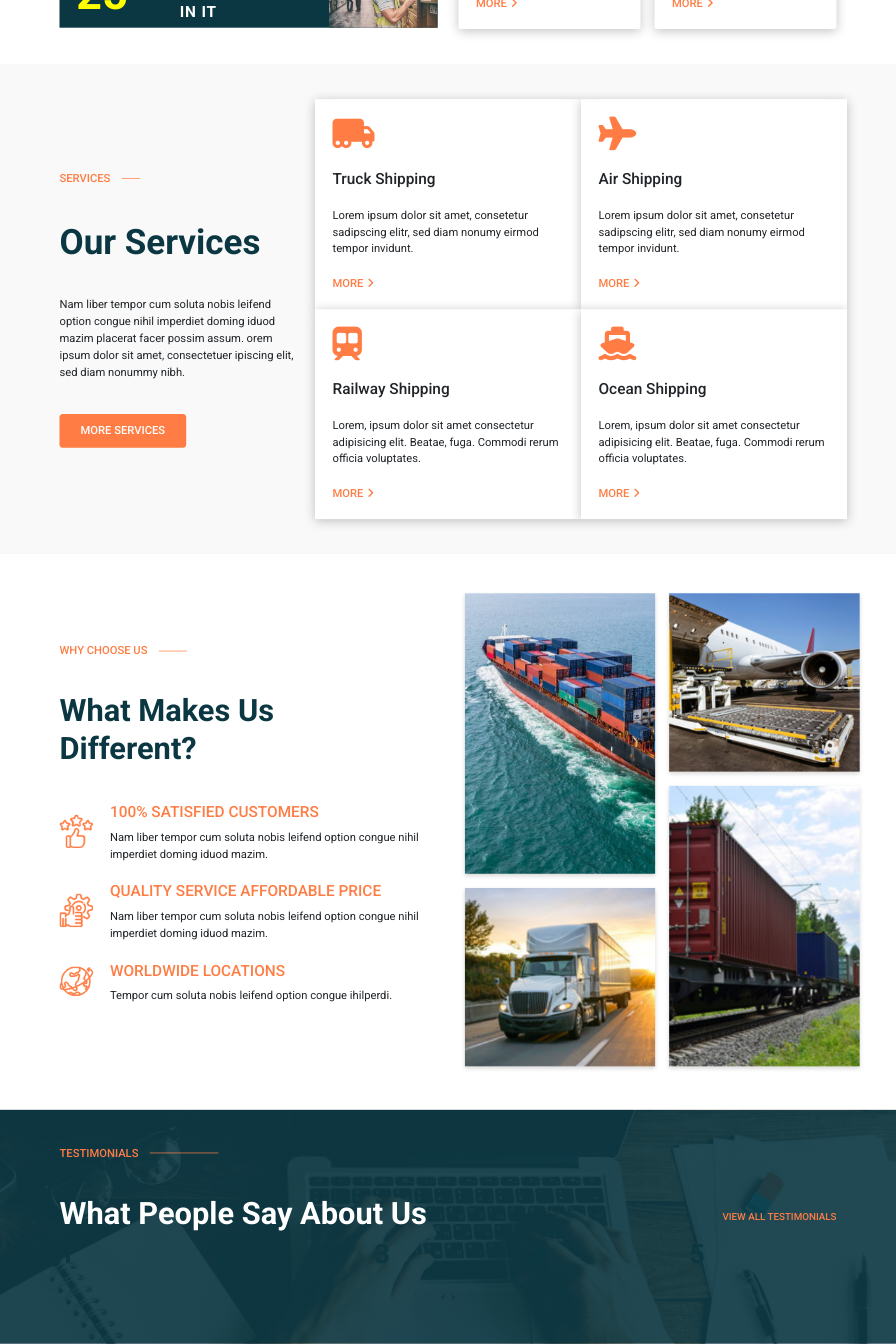
Repository: nazmulalok/shipping-theme
Page: index.html
An editor plug-in stored every save of this project. The page is shown before and after the next save, followed by the edit.
The browser window is 1280 px wide. The pictures show the part of the page from y = 1621 to 3541 px (the page is 3541 px tall before and 3497 px after), at 70% of full size.
Some web libraries are served in a nearby version.

Above is the page before, as saved 2022-10-09 10:29:59.

After the next save:
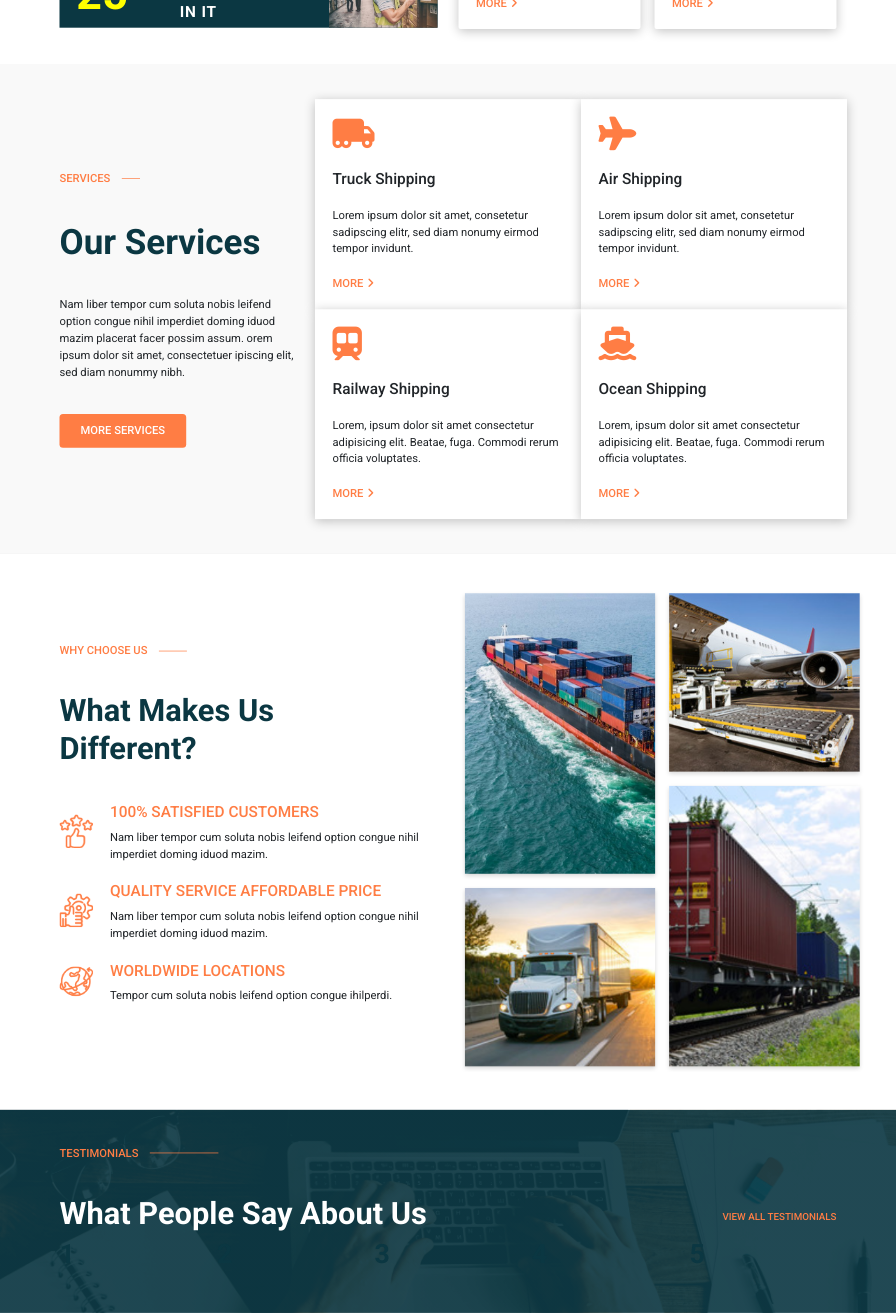
Saved 2 min 8 s later.
--- a/index.html
+++ b/index.html
@@ -302,27 +302,6 @@
                     <div class="item">
                         <h4>5</h4>
                     </div>
-                    <div class="item">
-                        <h4>6</h4>
-                    </div>
-                    <div class="item">
-                        <h4>7</h4>
-                    </div>
-                    <div class="item">
-                        <h4>8</h4>
-                    </div>
-                    <div class="item">
-                        <h4>9</h4>
-                    </div>
-                    <div class="item">
-                        <h4>10</h4>
-                    </div>
-                    <div class="item">
-                        <h4>11</h4>
-                    </div>
-                    <div class="item">
-                        <h4>12</h4>
-                    </div>
                 </div>
             </div>
         </div>

After the save that followed:
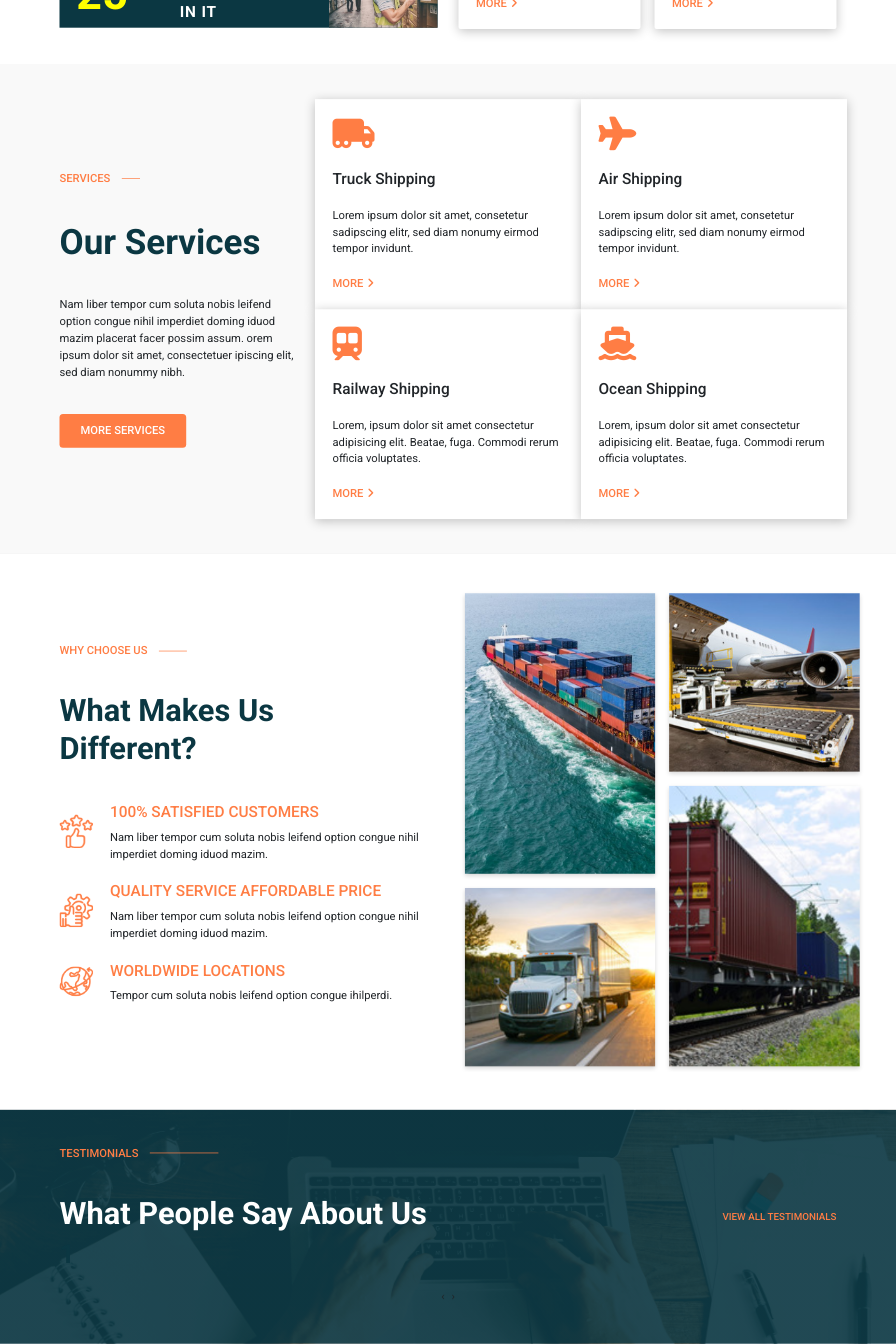
Saved 16 s later.
--- a/script.js
+++ b/script.js
@@ -12,10 +12,10 @@ $('.owl-carousel').owlCarousel({
             items: 1
         },
         600: {
-            items: 3
+            items: 1
         },
         1000: {
-            items: 5
+            items: 1
         }
     }
 })
